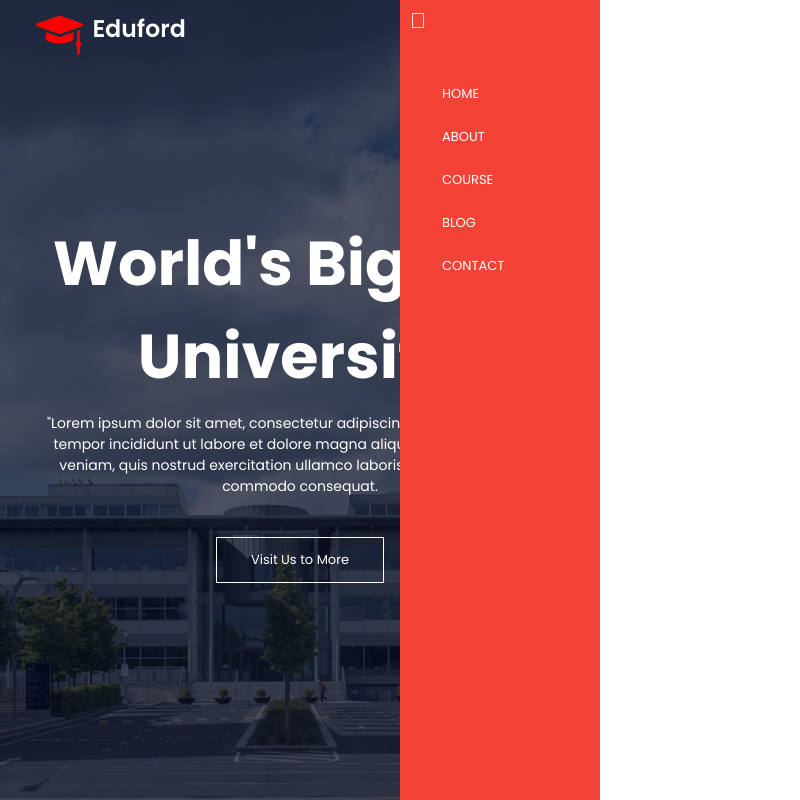
Repository: dewaary/company-profile
Page: index.html
The author's editor kept a copy of each file at every save. The page is drawn from the files as they stood at one save, then again after the next save.
The browser window is 600 px wide. The page is 600 px wide, then 800 px, so the pictures cover 800 px, including what lies to the right of the window. The pictures show the whole page.

Above is the page before, as saved 2021-05-06 21:56:19.

After the next save:
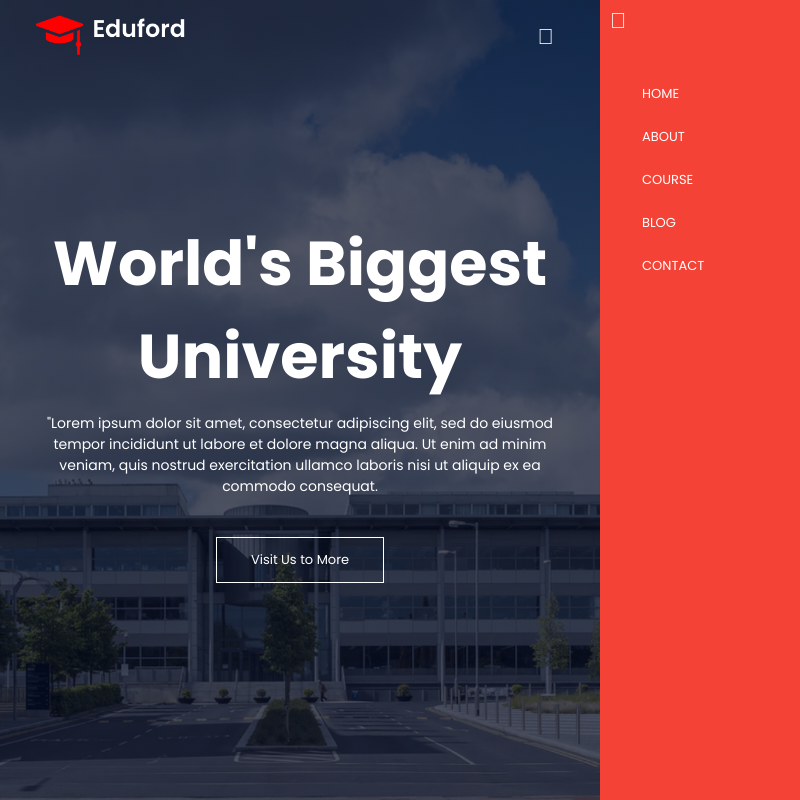
Saved 11 s later.
--- a/style.css
+++ b/style.css
@@ -113,7 +113,7 @@ nav .fa{
     height: 100vh;
     width: 200px;
     top: 0;
-    right: 0;
+    right: -200px;
     text-align: left;
     z-index: 2;
   }
